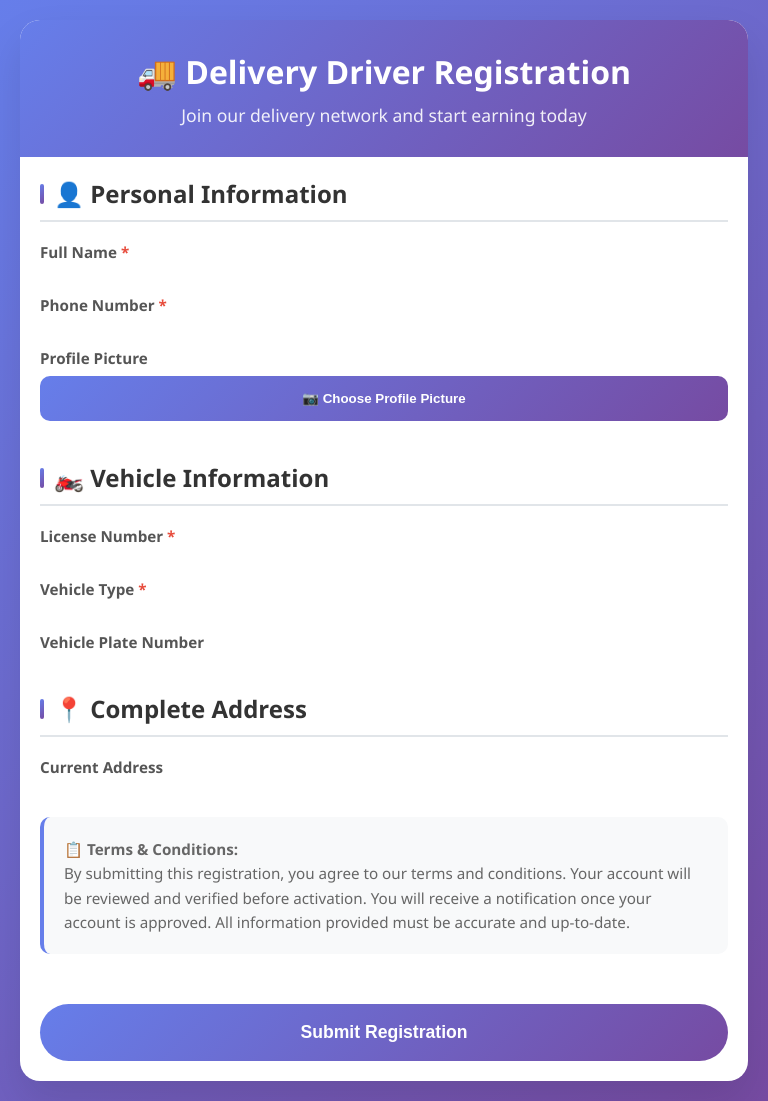
Repository: Jijiluzana225/indahagdelivery.com
Page: store/templates/store/driver_register.html
An editor plug-in stored every save of this project. The page is shown before and after the next save, followed by the edit.
The browser window is 768 px wide. The pictures show the whole page.
The template is drawn by Django 5.2. The application's start-up code is not run. The template is opened directly, without the code that normally fills it, so the values that code supplies are empty.

Above is the page before, as saved 2025-06-25 11:56:37.
Console error: TypeError: Cannot read properties of null (reading 'addEventListener')

After the next save:
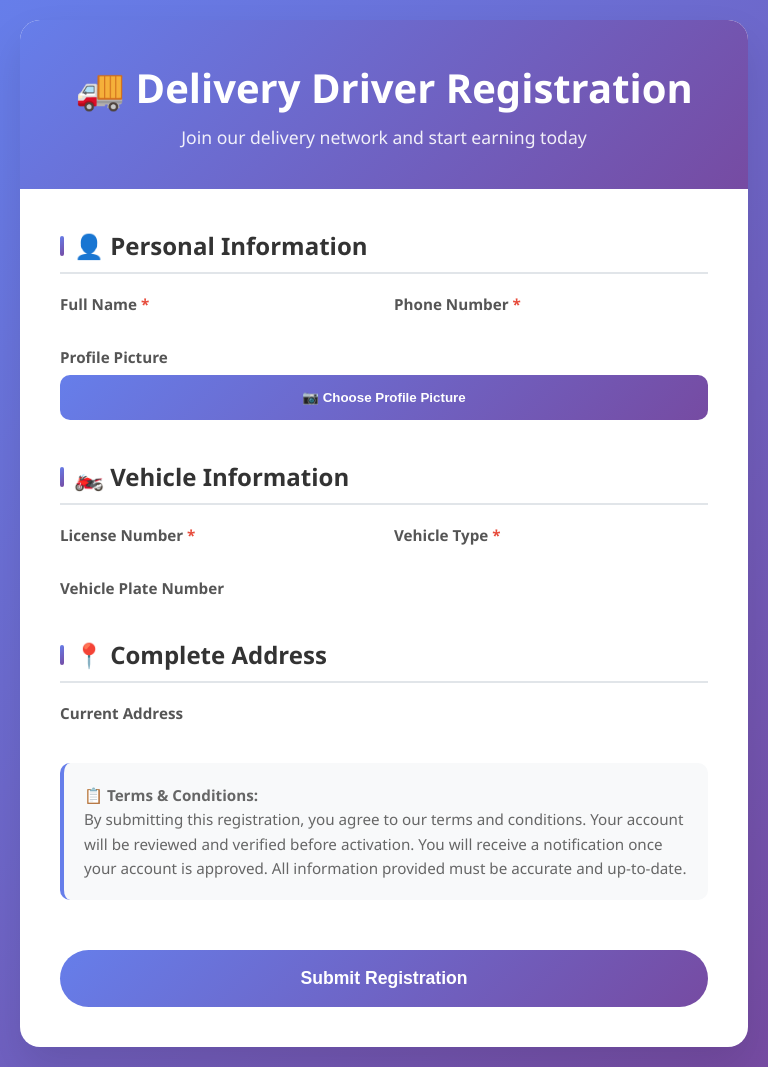
Saved 2 min 37 s later.
--- a/store/templates/store/driver_register.html
+++ b/store/templates/store/driver_register.html
@@ -262,25 +262,6 @@
             color: #666;
             line-height: 1.6;
             font-size: 0.95rem;
-        }
-
-        @media (max-width: 768px) {
-            .form-container {
-                padding: 20px;
-            }
-
-            .form-row {
-                flex-direction: column;
-                gap: 0;
-            }
-
-            .header h1 {
-                font-size: 2rem;
-            }
-
-            .header {
-                padding: 30px 20px;
-            }
         }
 
         .loading {
